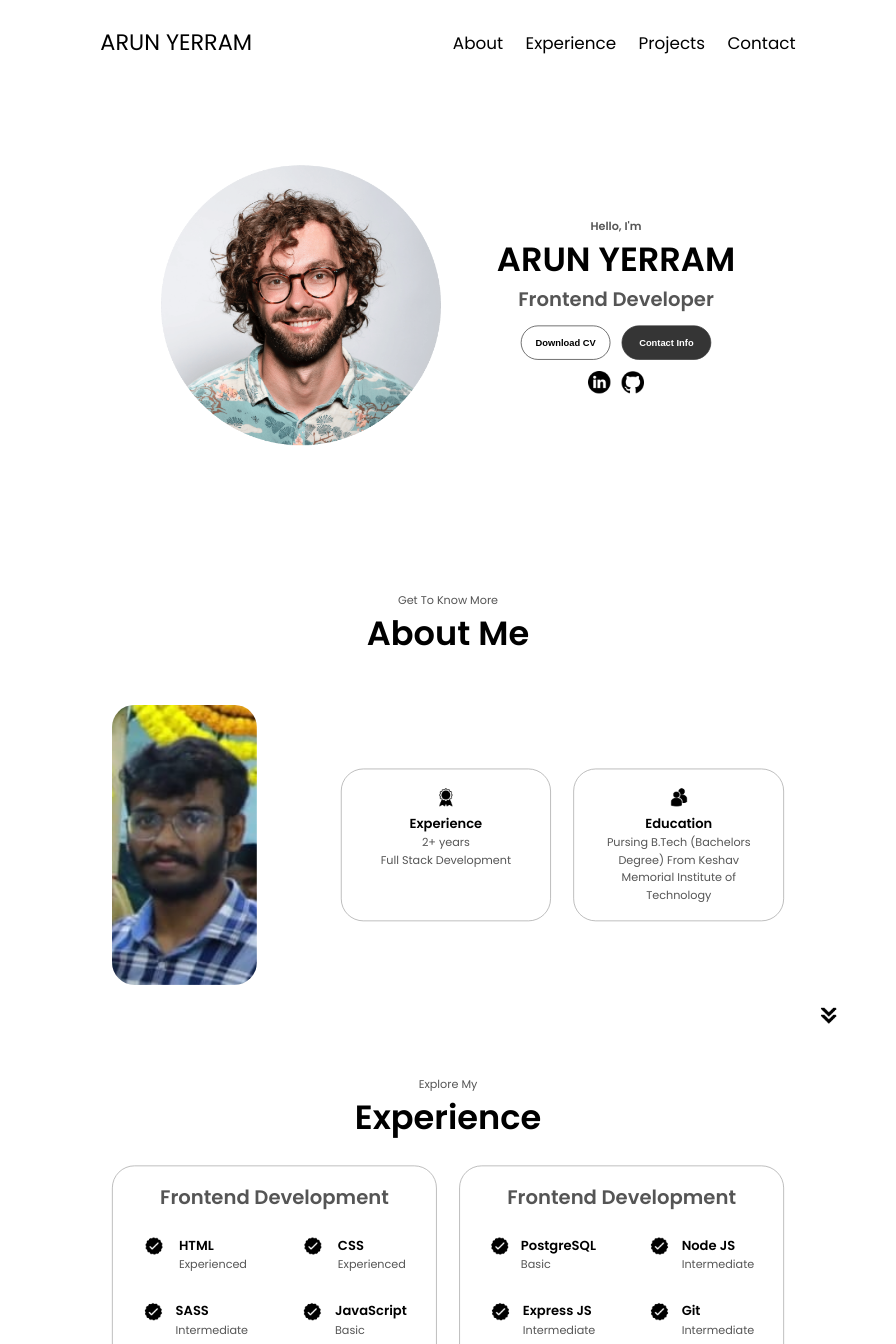
Repository: ARUN-YERRAM/ARUN-YERRAM-PORTFOLIO
Page: portfolio/index.html
An editor plug-in stored every save of this project. The page is shown before and after the next save, followed by the edit.
The browser window is 1280 px wide. The pictures show the part of the page from y = 0 to 1920 px (the page is 4425 px tall), at 70% of full size.

Above is the page before, as saved 2024-07-07 04:02:15.

After the next save:
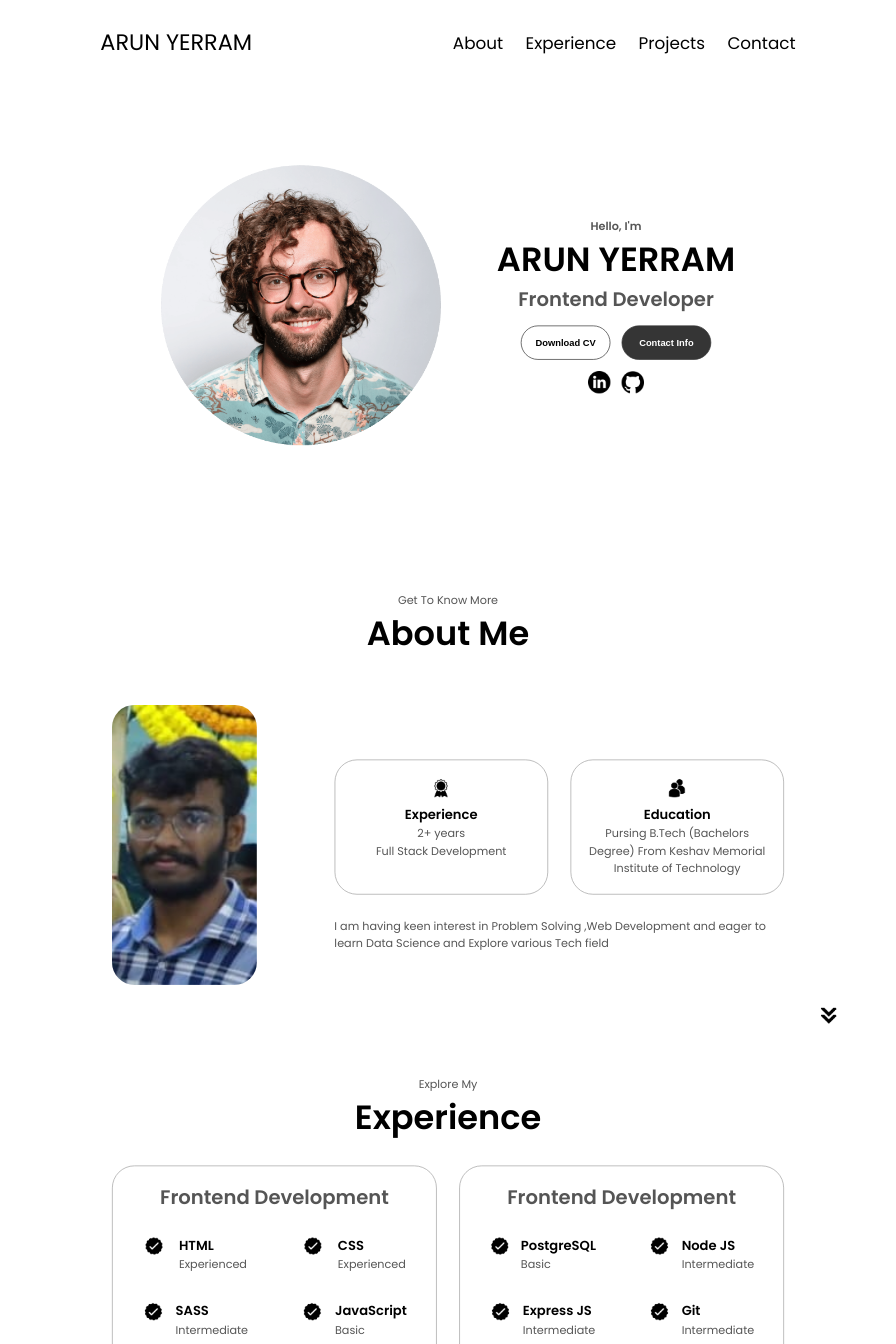
Saved 9 s later.
--- a/portfolio/index.html
+++ b/portfolio/index.html
@@ -105,7 +105,7 @@
           </div>
           <div class="text-container">
             <p>
-
+              I am having keen interest in Problem Solving ,Web Development and eager to learn Data Science and Explore various Tech field
             </p>
           </div>
         </div>
